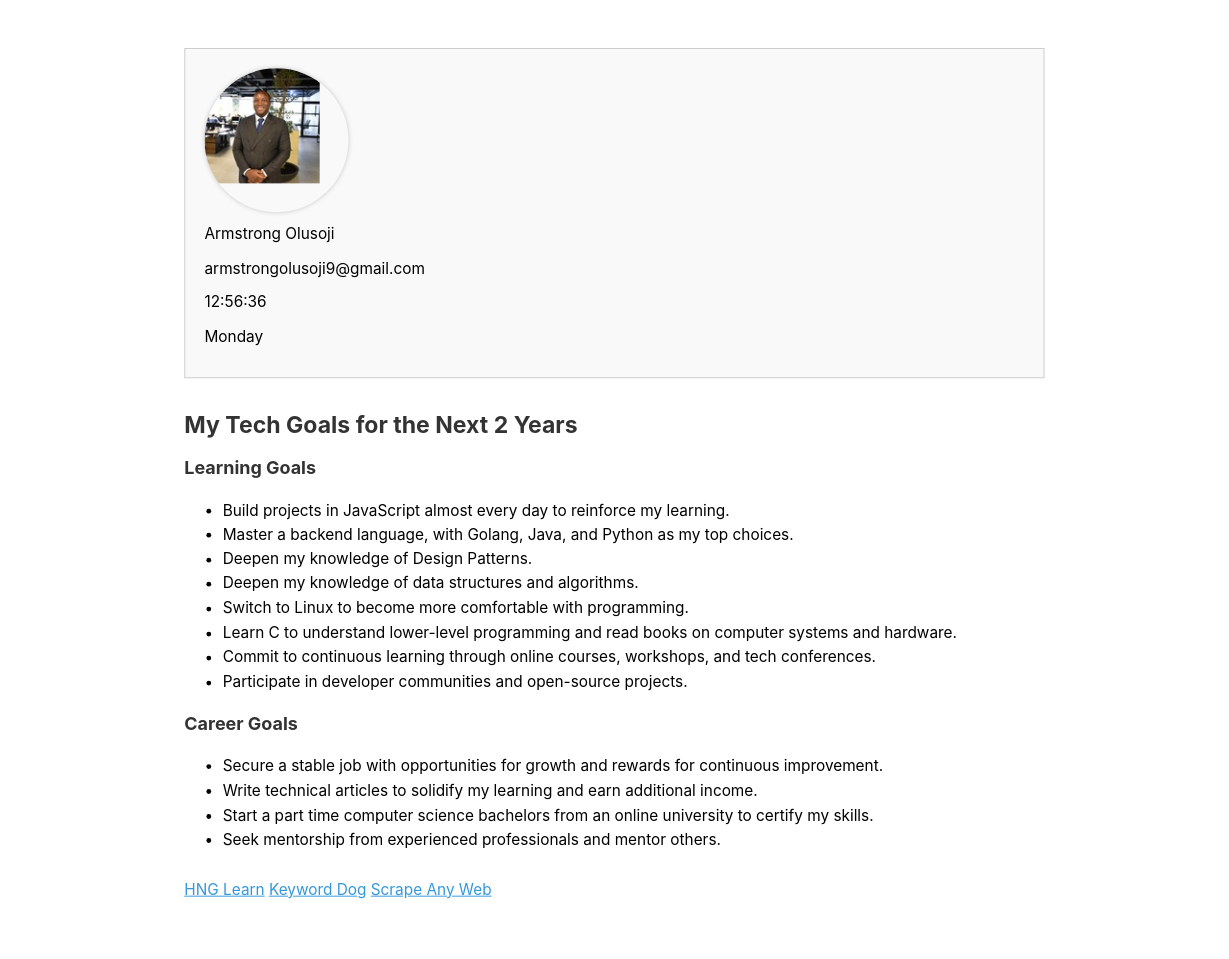
Repository: Armstrong2035/hng-project-one
Page: index.html
The author's editor kept a copy of each file at every save. The page is drawn from the files as they stood at one save, then again after the next save.
The browser window is 1280 px wide. The pictures show the whole page, at 96% of full size.

Above is the page before, as saved 2024-07-01 17:46:36.

### index.html
<!DOCTYPE html>
<html>
  <head>
    <meta charset="utf-8" />
    <meta name="viewport" content="width=device-width" />
    <title>Armstrong Olusoji's Goals</title>
    <link href="style.css" rel="stylesheet" type="text/css" />
    <script src="script.js" defer></script>
  </head>
  <body>
    <div id="container">
      <div class="profile-card">
        <div class="profile-picture">
          <img
            src="Headshot.jpg"
            alt="Profile Picture"
            class="headshot"
            data-testid="slackProfilePicture"
          />
        </div>
        <div class="display-information">
          <p data-testid="slackDisplayName">Armstrong Olusoji</p>
          <p data-testid="slackEmail">armstrongolusoji9@gmail.com</p>
          <p data-testid="currentTimeUTC" id="current-time">Loading...</p>
          <p data-testid="currentDay" id="current-day">Loading...</p>
        </div>
      </div>

      <section id="my-goals">
        <h2>My Tech Goals for the Next 2 Years</h2>
        <div class="learning-goals">
          <h3>Learning Goals</h3>
          <ul>
            <li>
              Build projects in JavaScript almost every day to reinforce my
              learning.
            </li>
            <li>
              Master a backend language, with Golang, Java, and Python as my top
              choices.
            </li>
            <li>Deepen my knowledge of Design Patterns.</li>
            <li>Deepen my knowledge of data structures and algorithms.</li>
            <li>
              Switch to Linux to become more comfortable with programming.
            </li>
            <li>
              Learn C to understand lower-level programming and read books on
              computer systems and hardware.
            </li>
            <li>
              Commit to continuous learning through online courses, workshops,
              and tech conferences.
            </li>
            <li>
              Participate in developer communities and open-source projects.
            </li>
          </ul>
        </div>
        <div class="career-goals">
          <h3>Career Goals</h3>
          <ul>
            <li>
              Secure a stable job with opportunities for growth and rewards for
              continuous improvement.
            </li>
            <li>
              Write technical articles to solidify my learning and earn
              additional income.
            </li>
            <li>
              Start a part time computer science bachelors from an online
              university to certify my skills.
            </li>
            <li>
              Seek mentorship from experienced professionals and mentor others.
            </li>
          </ul>
        </div>
      </section>

      <section>
        <a href="https://hng.tech/learn" data-testid="hngLink">HNG Learn</a>
        <a href="https://keyword.dog" data-testid="keywordLink">Keyword Dog</a>
        <a href="https://scrapeanyweb.site" data-testid="scrapeanywebLink"
          >Scrape Any Web</a
        >
      </section>
    </div>
  </body>
</html>

### style.css
body {
  font-family: inter;
  line-height: 1.6;
  margin: 0;
  padding: 0;
  /* background: linear-gradient(to bottom right, #3498db, #2ecc71); */
}

#container {
  margin: 0 auto;
  max-width: 70%;
  padding: 50px;
  background-color: #fff;
  display: flex;
  flex-direction: column;
}

.profile-card {
  margin-bottom: 1.25rem;
  display: flex;
  flex-direction: column;
  align-items: flex-start;
  border: 1px solid #ccc;
  padding: 20px 20px;
  background-color: #f9f9f9;
}

.profile-picture {
  height: 9.375rem;
  width: 9.375rem;
  border-radius: 50%;
  overflow: hidden;
  align-self: flex-start;
  box-shadow: 0 0 5px rgba(0, 0, 0, 0.2);
}

.profile-picture .headshot {
  object-fit: cover;
}

.display-information p {
  margin: 0.625rem 0;
}

h2,
h3 {
  margin: 10px 0;
  color: #333;
}

a {
  display: inline-block;
  margin: 10px 0;
  color: #3498db;
}
@media (min-width: 600px) {
  main {
    max-width: 600px;
    margin: 0 auto;
  }
}

### script.js
function updateTime() {
  const now = new Date();
  const utcTime = now.toISOString().slice(11, 19);
  const day = now.toLocaleDateString("en-US", { weekday: "long" });
  document.getElementById("current-time").textContent = ` ${utcTime}`;
  document.getElementById("current-day").textContent = ` ${day}`;
}

setInterval(updateTime, 1000);
updateTime();

After the next save:
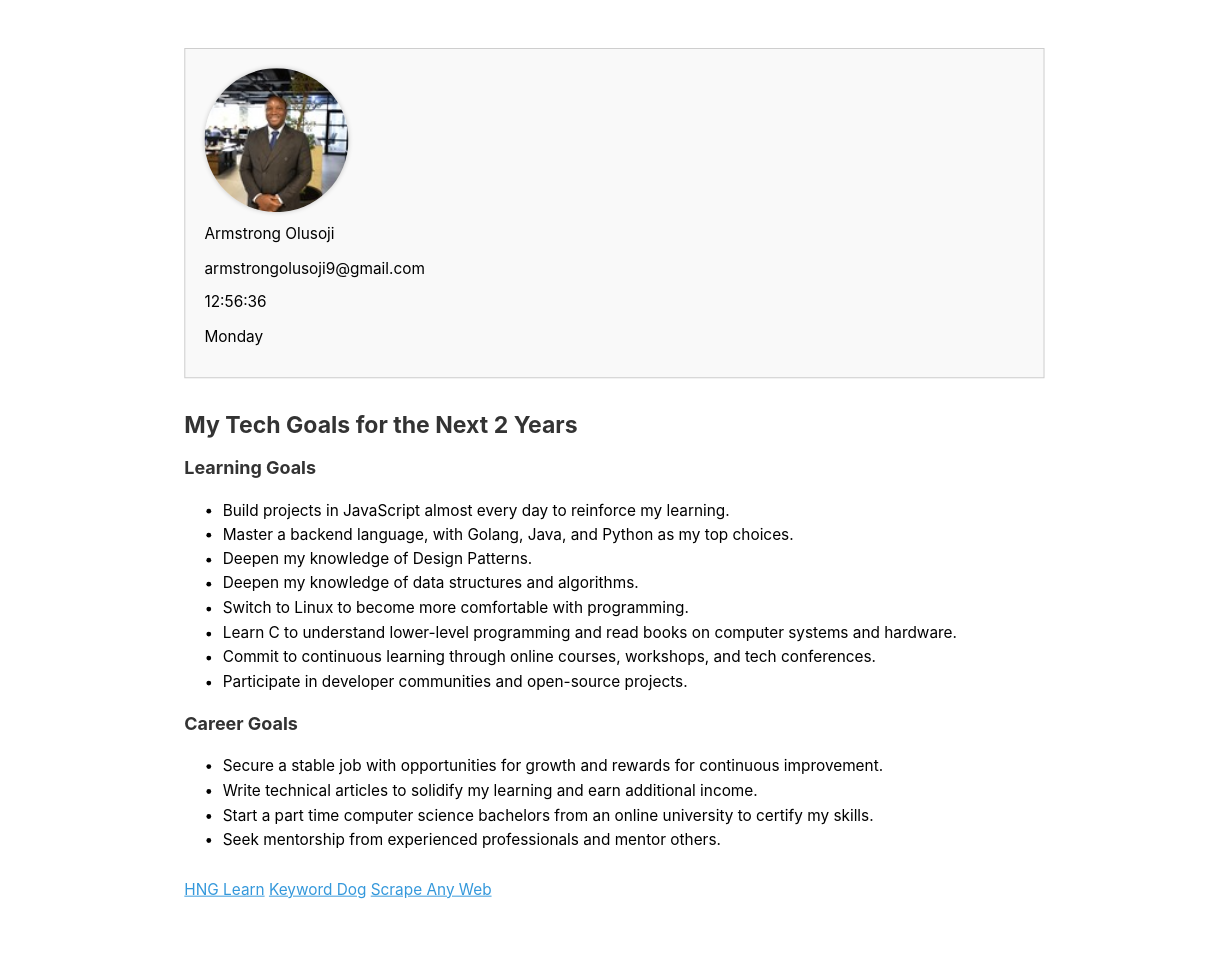
Saved 6 s later.
--- a/style.css
+++ b/style.css
@@ -35,6 +35,8 @@ body {
 }
 
 .profile-picture .headshot {
+  height: 100%;
+  width: 100%;
   object-fit: cover;
 }
 
